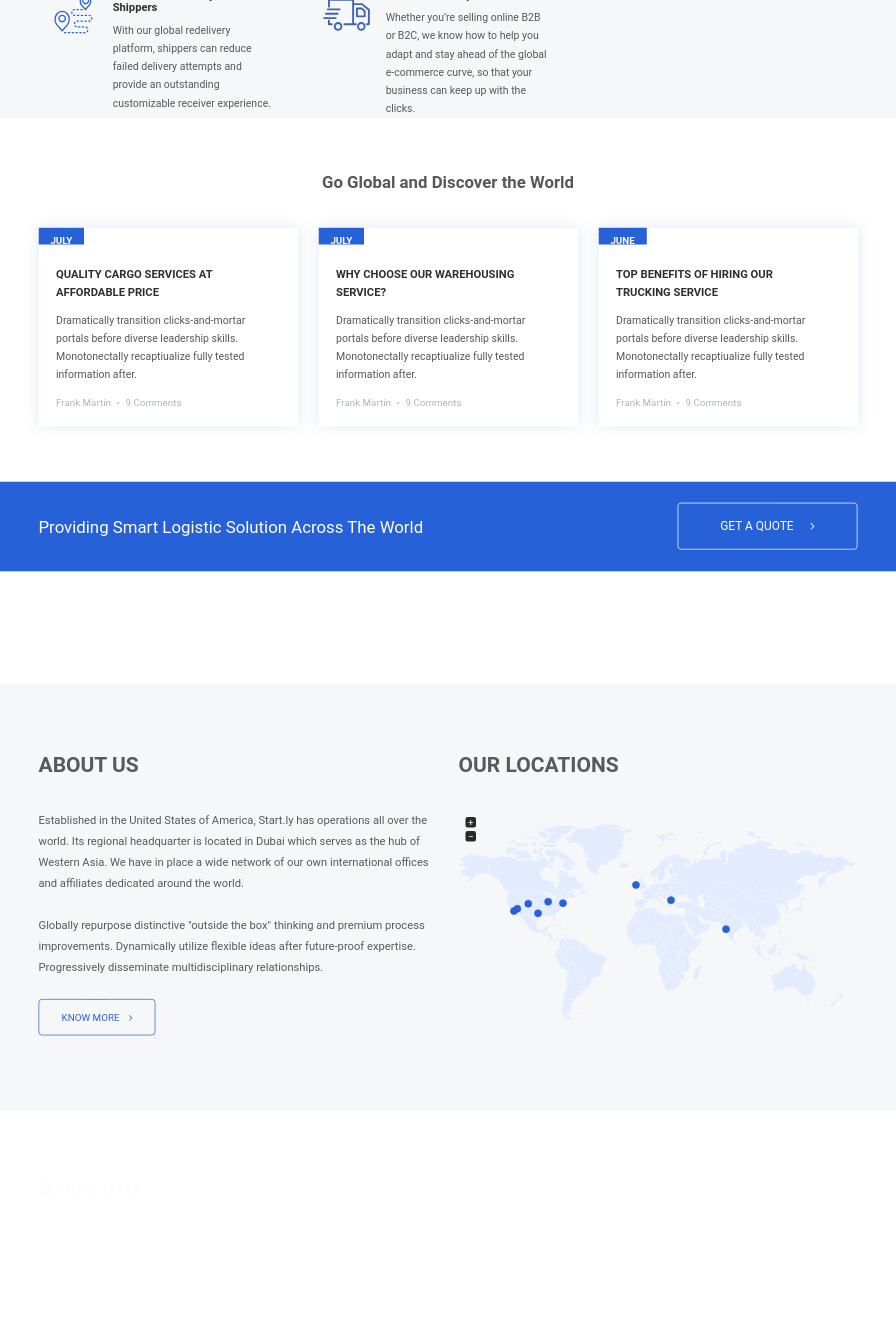
Repository: greatchriz/shipery
Page: http://localhost/
These files come from the project's save history. The page is drawn as it stood at one moment and after the next save; the edit follows.
The browser window is 1280 px wide. The pictures show the part of the page from y = 533 to 2453 px (the page is 2711 px tall before and 2705 px after), at 70% of full size.
The page is served by the project's Laravel application, run on PHP 8.4 with Laravel 10. Other server files are loaded and not shown.

Above is the page before, as saved 2024-02-02 16:44:55.
Console error: TypeError: navbar.affix is not a function

### routes/web.php
<?php

use App\Http\Controllers\ItemController;
use App\Http\Controllers\ProfileController;
use Illuminate\Support\Facades\Route;
use App\Http\Controllers\MainPageController;
use App\Http\Controllers\DashboardController;
/*
|--------------------------------------------------------------------------
| Web Routes
|--------------------------------------------------------------------------
|
| Here is where you can register web routes for your application. These
| routes are loaded by the RouteServiceProvider and all of them will
| be assigned to the "web" middleware group. Make something great!
|
*/

Route::get('/', [MainPageController::class, 'home'])->name('home');
Route::get('/about-us', [MainPageController::class, 'aboutUs'])->name('about-us');
Route::get('/contact-us', [MainPageController::class, 'contactUs'])->name('contact-us');
Route::get('/tracking', [MainPageController::class, 'tracking'])->name('tracking');
Route::post('/track', [ItemController::class, 'show'])->name('track');


Route::get('/dashboard', [DashboardController::class, 'dashboard'])->middleware(['auth', 'verified'])->name('dashboard');

Route::get('/senders', [DashboardController::class, 'senderIndex'])->middleware(['auth', 'verified'])->name('sender.index');

Route::middleware('auth')->group(function () {
    Route::get('/profile', [ProfileController::class, 'edit'])->name('profile.edit');
    Route::patch('/profile', [ProfileController::class, 'update'])->name('profile.update');
    Route::delete('/profile', [ProfileController::class, 'destroy'])->name('profile.destroy');
});

require __DIR__.'/auth.php';

### app/Http/Controllers/MainPageController.php
<?php

namespace App\Http\Controllers;

use App\Models\MainPage;
use Illuminate\Http\Request;

class MainPageController extends Controller
{
    /**
     * Display a listing of the resource.
     */
    public function home()
    {
        return view('welcome');
    }

    /**
     * Show the form for creating a new resource.
     */
    public function aboutUs()
    {
        return view('about');
    }

    public function contactUs()
    {
        return view('contact');
    }


    public function tracking()
    {
        return view('tracking');
    }


    /**
     * Store a newly created resource in storage.
     */
    public function store(Request $request)
    {
        //
    }

    /**
     * Display the specified resource.
     */
    public function show(MainPage $mainPage)
    {
        //
    }

    /**
     * Show the form for editing the specified resource.
     */
    public function edit(MainPage $mainPage)
    {
        //
    }

    /**
     * Update the specified resource in storage.
     */
    public function update(Request $request, MainPage $mainPage)
    {
        //
    }

    /**
     * Remove the specified resource from storage.
     */
    public function destroy(MainPage $mainPage)
    {
        //
    }
}

### resources/views/welcome.blade.php
<x-front-layout>
    <x-sections.main_slider />

    <x-sections.feature_slider />

    <x-sections.main_feature />

    <x-sections.our_blog />

    <x-sections.get_quote />

    <x-sections.testimonials_area />

    <x-sections.about_area />

    <x-sections.client_logo_area />

</x-front-layout>

### resources/views/components/sections/feature_slider.blade.php
<section class="feature_slider_area">
    <div class="container">
      <div class="row feature_row">
        <div class="feature_slider_inner owl-carousel">
          <div class="item">
            <div class="feature_s_item">
              <img
                alt=""
                class="svg social-link"
                src="/img/icon/svg/aeroplane.svg" />
              <a href="#">
                <h4>Air Cargo</h4>
              </a>
              <p>
                Whether you need to ship urgent or oversized cargo, we have the expertise and network to deliver it safely and on time. Our air cargo services cover all major airports around the world, with competitive rates and flexible options.
              </p>
            </div>
          </div>
          <div class="item">
            <div class="feature_s_item">
              <img
                alt=""
                class="svg social-link"
                src="/img/icon/svg/ship.svg" />
              <a href="#">
                <h4>Sea Freight</h4>
              </a>
              <p>
                We offer reliable and cost-effective sea freight solutions for any type of cargo, from containers to bulk and project cargo. Our sea freight services include port-to-port, door-to-door, and multimodal transportation, as well as customs clearance and documentation.
              </p>
            </div>
          </div>
          <div class="item">
            <div class="feature_s_item">
              <img
                alt=""
                class="svg social-link"
                src="/img/icon/svg/delivery-truck.svg" />
              <a href="#">
                <h4>Road Transport</h4>
              </a>
              <p>
                We provide efficient and economical road transport solutions for your domestic and cross-border shipments. Our road transport services include full truckload, less than truckload, and express delivery, as well as specialized vehicles and equipment for heavy or fragile cargo.
              </p>
            </div>
          </div>

        </div>
      </div>
    </div>
  </section>

### resources/views/components/sections/main_feature.blade.php
<section class="main_feature_area">
    <div class="left_feature_content">
      <div class="left_feature_inner_text">
        <div class="media">
          <div class="media-left">
            <img
              class="svg social-link"
              src="/img/icon/svg/pointer.svg"
              alt="" />
          </div>
          <div class="media-body">
            <a href="#">
              <h4>Preferential Rates</h4>
            </a>
            <p>
                Our competitive, up-front, volume-based pricing for door-to-door express shipping makes costs predictable and easy to manage.
            </p>
          </div>
        </div>
        <div class="media">
          <div class="media-left">
            <img
              class="svg social-link"
              src="/img/icon/svg/warehouse.svg"
              alt="" />
          </div>
          <div class="media-body">
            <a href="#">
              <h4>Tailored Solutions</h4>
            </a>
            <p>
                From centralized management to API’s and Shopfront integrations, we have expedited shipment creation, monitoring and billing solutions that work for your needs – not ours.
            </p>
          </div>
        </div>
        <div class="media">
          <div class="media-left">
            <img
              class="svg social-link"
              src="/img/icon/svg/route.svg"
              alt="" />
          </div>
          <div class="media-body">
            <a href="#">
              <h4>On Demand Delivery for Shippers</h4>
            </a>
            <p>
                With our global redelivery platform, shippers can reduce failed delivery attempts and provide an outstanding customizable receiver experience.
            </p>
          </div>
        </div>
        <div class="media">
          <div class="media-left">
            <img
              class="svg social-link"
              src="/img/icon/svg/delivery-truck2.svg"
              alt="" />
          </div>
          <div class="media-body">
            <a href="#">
              <h4>E-Commerce Expertise</h4>
            </a>
            <p>
                Whether you’re selling online B2B or B2C, we know how to help you adapt and stay ahead of the global e-commerce curve, so that your business can keep up with the clicks.
            </p>
          </div>
        </div>
      </div>
    </div>
    <div class="right_feature_image">
      <img src="/img/feature-right.jpg" alt="" />
    </div>
  </section>

### resources/views/components/sections/our_blog.blade.php
<section class="our_blog_area">
    <div class="container">
      <div class="main_title">
        <h3 style="font-weight: bolder;">Go Global and Discover the World</h3>
      </div>
      <div class="row our_blog_inner">
        <div class="col-md-4">
          <div class="our_blog_item">
            <div class="our_blog_img">
              <img src="/img/blog/our-blog/our-blog-1.jpg" alt="" />
              <div class="b_date">
                <h6>JULY</h6>
                <h5>25</h5>
              </div>
            </div>
            <div class="our_blog_content">
              <a href="blog-details.html">
                <h4>QUALITY CARGO SERVICES AT AFFORDABLE PRICE</h4>
              </a>
              <p>
                Dramatically transition clicks-and-mortar portals before
                diverse leadership skills. Monotonectally recaptiualize fully
                tested information after.
              </p>
              <h6>
                <a href="#">Frank Martin</a><span>•</span
                ><a href="#">9 Comments</a>
              </h6>
            </div>
          </div>
        </div>
        <div class="col-md-4">
          <div class="our_blog_item">
            <div class="our_blog_img">
              <img src="/img/blog/our-blog/our-blog-2.jpg" alt="" />
              <div class="b_date">
                <h6>JULY</h6>
                <h5>12</h5>
              </div>
            </div>
            <div class="our_blog_content">
              <a href="blog-details.html">
                <h4>WHY CHOOSE OUR WAREHOUSING SERVICE?</h4>
              </a>
              <p>
                Dramatically transition clicks-and-mortar portals before
                diverse leadership skills. Monotonectally recaptiualize fully
                tested information after.
              </p>
              <h6>
                <a href="#">Frank Martin</a><span>•</span
                ><a href="#">9 Comments</a>
              </h6>
            </div>
          </div>
        </div>
        <div class="col-md-4">
          <div class="our_blog_item">
            <div class="our_blog_img">
              <img src="/img/blog/our-blog/our-blog-3.jpg" alt="" />
              <div class="b_date">
                <h6>June</h6>
                <h5>07</h5>
              </div>
            </div>
            <div class="our_blog_content">
              <a href="blog-details.html">
                <h4>
                  TOP BENEFITS OF HIRING OUR <br class="b_title_br" />TRUCKING
                  SERVICE
                </h4>
              </a>
              <p>
                Dramatically transition clicks-and-mortar portals before
                diverse leadership skills. Monotonectally recaptiualize fully
                tested information after.
              </p>
              <h6>
                <a href="#">Frank Martin</a><span>•</span
                ><a href="#">9 Comments</a>
              </h6>
            </div>
          </div>
        </div>
      </div>
    </div>
  </section>

### resources/views/components/sections/get_quote.blade.php
<section class="get_quote_area">
    <div class="container">
      <div class="pull-left">
        <h4>Providing Smart Logistic Solution Across The World</h4>
      </div>
      <div class="pull-right">
        <a class="b_get_btn" href="request-quote.html"
          >Get a Quote <i class="fa fa-angle-right"></i
        ></a>
      </div>
    </div>
  </section>

### resources/views/components/sections/testimonials_area.blade.php
<section class="testimonials_area">
    <div class="container">
      <div class="testimonials_inner">
        <div class="testimonials_slider owl-carousel">
          <div class="item">
            <img
              class="img-circle"
              src="/img/testimonials/testimonials-1.png"
              alt="" />
            <p>
              Lorem Ipsum is simply dummy text of the printing and typesetting
              industry. Lorem Ipsum has been the industry's standard dummy
              text ever since the 1500s, when an unknown printer took a galley
              of type and scrambled it to make a type specimen book.
            </p>
            <h4>Steve Jobs</h4>
          </div>
          <div class="item">
            <img
              class="img-circle"
              src="/img/testimonials/testimonials-1.png"
              alt="" />
            <p>
              Lorem Ipsum is simply dummy text of the printing and typesetting
              industry. Lorem Ipsum has been the industry's standard dummy
              text ever since the 1500s, when an unknown printer took a galley
              of type and scrambled it to make a type specimen book.
            </p>
            <h4>Jon Anderson</h4>
          </div>
          <div class="item">
            <img
              class="img-circle"
              src="/img/testimonials/testimonials-1.png"
              alt="" />
            <p>
              Lorem Ipsum is simply dummy text of the printing and typesetting
              industry. Lorem Ipsum has been the industry's standard dummy
              text ever since the 1500s, when an unknown printer took a galley
              of type and scrambled it to make a type specimen book.
            </p>
            <h4>Steve Jobs</h4>
          </div>
        </div>
      </div>
    </div>
  </section>

### resources/views/components/sections/about_area.blade.php
<section class="about_area">
    <div class="container">
      <div class="row">
        <div class="col-md-6">
          <div class="about_left_text">
            <h3 class="single_title">About Us</h3>
            <p>
              Established in the United States of America, Start.ly has
              operations all over the world. Its regional headquarter is
              located in Dubai which serves as the hub of Western Asia. We
              have in place a wide network of our own international offices
              and affiliates dedicated around the world.
            </p>
            <p>
              Globally repurpose distinctive "outside the box" thinking and
              premium process improvements. Dynamically utilize flexible ideas
              after future-proof expertise. Progressively disseminate
              multidisciplinary relationships.
            </p>
            <a class="more_btn" href="#"
              >KNOW MORE <i class="fa fa-angle-right"></i
            ></a>
          </div>
        </div>
        <div class="col-md-6">
          <h4 class="single_title">OUR LOCATIONS</h4>

          <div id="jvectormap"></div>
        </div>
      </div>
    </div>
  </section>

### resources/views/components/sections/client_logo_area.blade.php
<section class="client_logo_area">
    <div class="container">
        <div class="client_slider owl-carousel">
            <div class="item">
                <img src="/img/client-logo/client-1.png" alt="" />
            </div>
            <div class="item">
                <img src="/img/client-logo/client-2.png" alt="" />
            </div>
            <div class="item">
                <img src="/img/client-logo/client-3.png" alt="" />
            </div>
            <div class="item">
                <img src="/img/client-logo/client-4.png" alt="" />
            </div>
            <div class="item">
                <img src="/img/client-logo/client-5.png" alt="" />
            </div>
        </div>
    </div>
</section>

### resources/views/components/navigation.blade.php
@props(['active', 'navLink', 'navTitle'])

@php
$classes = ($active ?? false)
    ? 'active'
    : '';
@endphp

<li {{ $attributes->merge(['class' => $classes]) }}>
    <a href="{{ $navLink }}">{{ $navTitle }}</a>
</li>

Loaded but not shown: app/Providers/AppServiceProvider.php (common file); routes/auth.php (common file); app/Http/Controllers/Auth/EmailVerificationPromptController.php (common file); app/Http/Controllers/Controller.php (common file); app/Http/Controllers/Auth/VerifyEmailController.php (common file); public/css/font-awesome.min.css (library); public/css/bootstrap.min.css (library); public/vendors/revolution/css/settings.css (library); public/vendors/revolution/css/layers.css (library); public/vendors/revolution/css/navigation.css (library); public/vendors/animate-css/animate.css (library); public/vendors/owl-carousel/assets/owl.carousel.min.css (common file); public/vendors/magnific-popup/magnific-popup.css (library); public/css/style.css (library); public/js/jquery-2.2.4.js (library); public/vendors/revolution/js/jquery.themepunch.tools.min.js (library); public/vendors/revolution/js/jquery.themepunch.revolution.min.js (library); public/vendors/revolution/js/extensions/revolution.extension.actions.min.js (library); public/vendors/revolution/js/extensions/revolution.extension.video.min.js (library); public/vendors/revolution/js/extensions/revolution.extension.slideanims.min.js (library); public/vendors/revolution/js/extensions/revolution.extension.layeranimation.min.js (library); public/vendors/revolution/js/extensions/revolution.extension.navigation.min.js (library); public/vendors/owl-carousel/owl.carousel.min.js (library); public/vendors/magnific-popup/jquery.magnific-popup.min.js (library); public/vendors/jvectormap/jvectormap.min.js (library); public/vendors/jvectormap/jvectormap-worldmill.js (library); public/js/script.js (library); public/img/icon/svg/route.svg (89 lines, source omitted); public/img/default.svg (1 lines, source omitted); public/img/default-monochrome-footer.svg (1 lines, source omitted); public/img/icon/svg/pointer.svg (64 lines, source omitted); public/img/icon/svg/warehouse.svg (59 lines, source omitted); public/img/icon/svg/delivery-truck.svg (29 lines, source omitted); public/img/icon/svg/ship.svg (37 lines, source omitted); public/img/icon/svg/delivery-truck2.svg (28 lines, source omitted); public/img/icon/svg/aeroplane.svg (26 lines, source omitted); public/js/locations.js (1 lines, source omitted); resources/views/components/sections/main_slider.blade.php (292 lines, source omitted); resources/views/components/front-layout.blade.php (303 lines, source omitted)

After the next save:
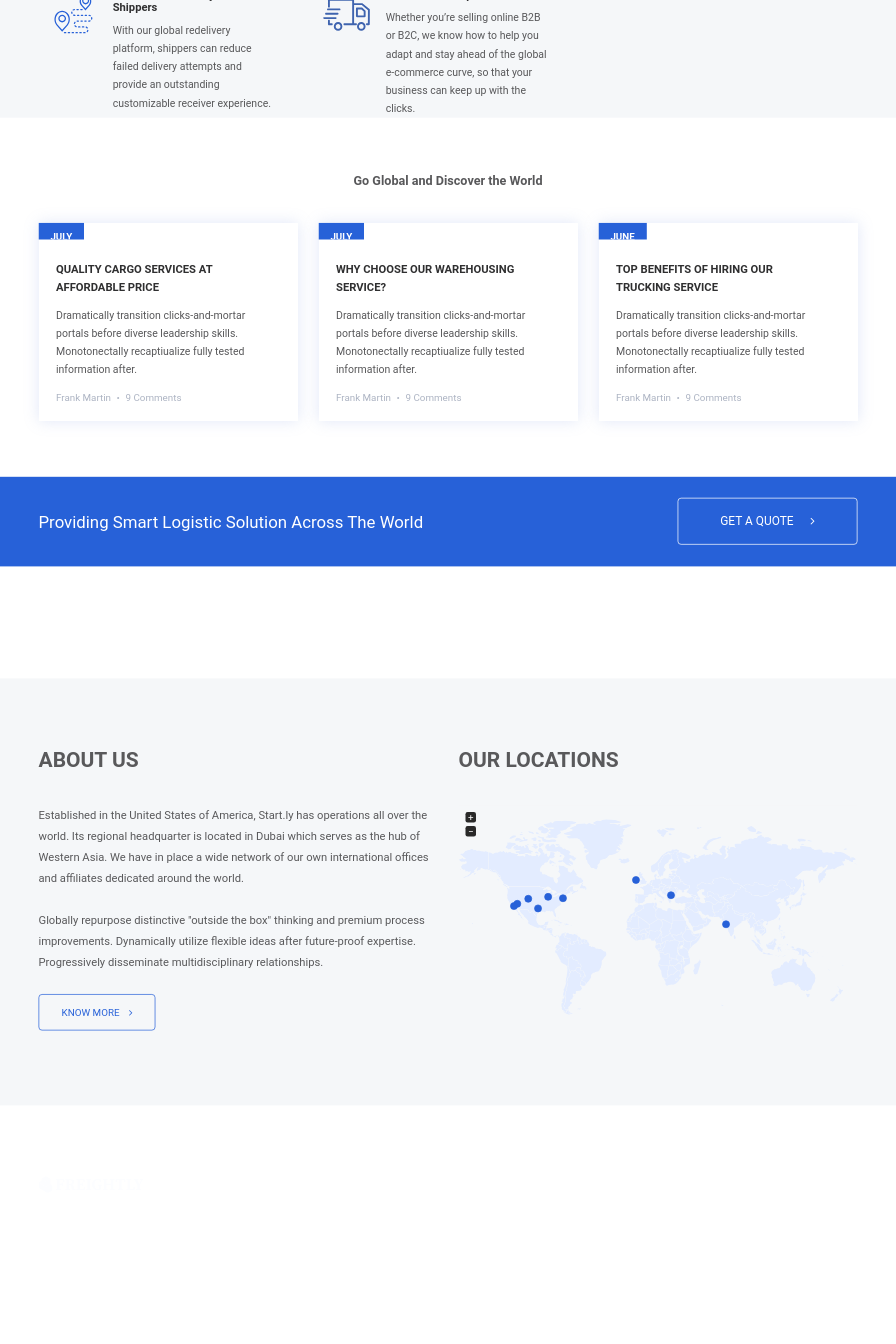
Saved 23 s later.
--- a/resources/views/components/sections/our_blog.blade.php
+++ b/resources/views/components/sections/our_blog.blade.php
@@ -1,7 +1,7 @@
 <section class="our_blog_area">
     <div class="container">
       <div class="main_title">
-        <h3 style="font-weight: bolder;">Go Global and Discover the World</h3>
+        <h4 style="font-weight: bolder;">Go Global and Discover the World</h4>
       </div>
       <div class="row our_blog_inner">
         <div class="col-md-4">

After the save that followed:
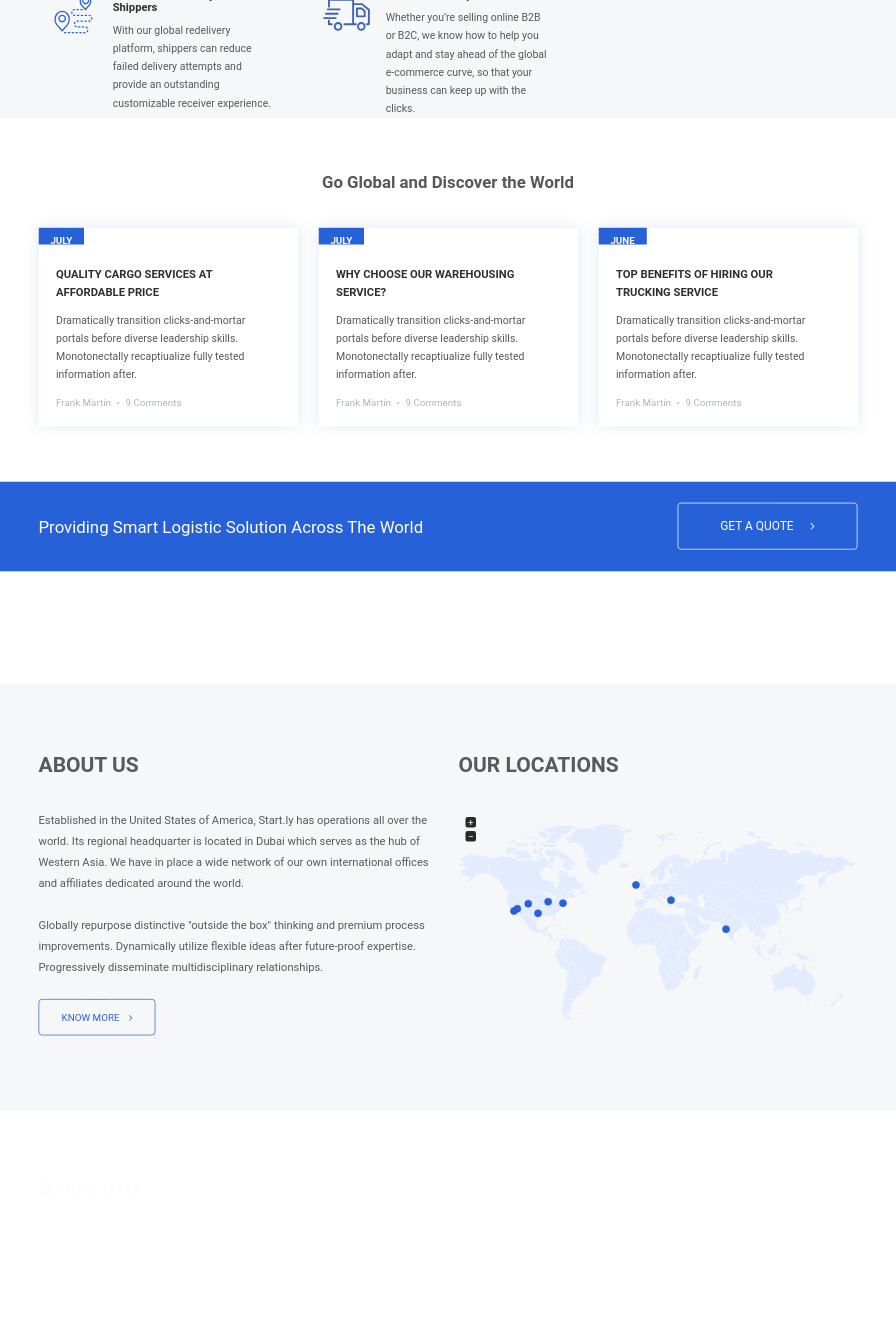
Saved 18 s later.
--- a/resources/views/components/sections/our_blog.blade.php
+++ b/resources/views/components/sections/our_blog.blade.php
@@ -1,7 +1,7 @@
 <section class="our_blog_area">
     <div class="container">
       <div class="main_title">
-        <h4 style="font-weight: bolder;">Go Global and Discover the World</h4>
+        <h3 style="font-weight: bolder;">Go Global and Discover the World</h3>
       </div>
       <div class="row our_blog_inner">
         <div class="col-md-4">
